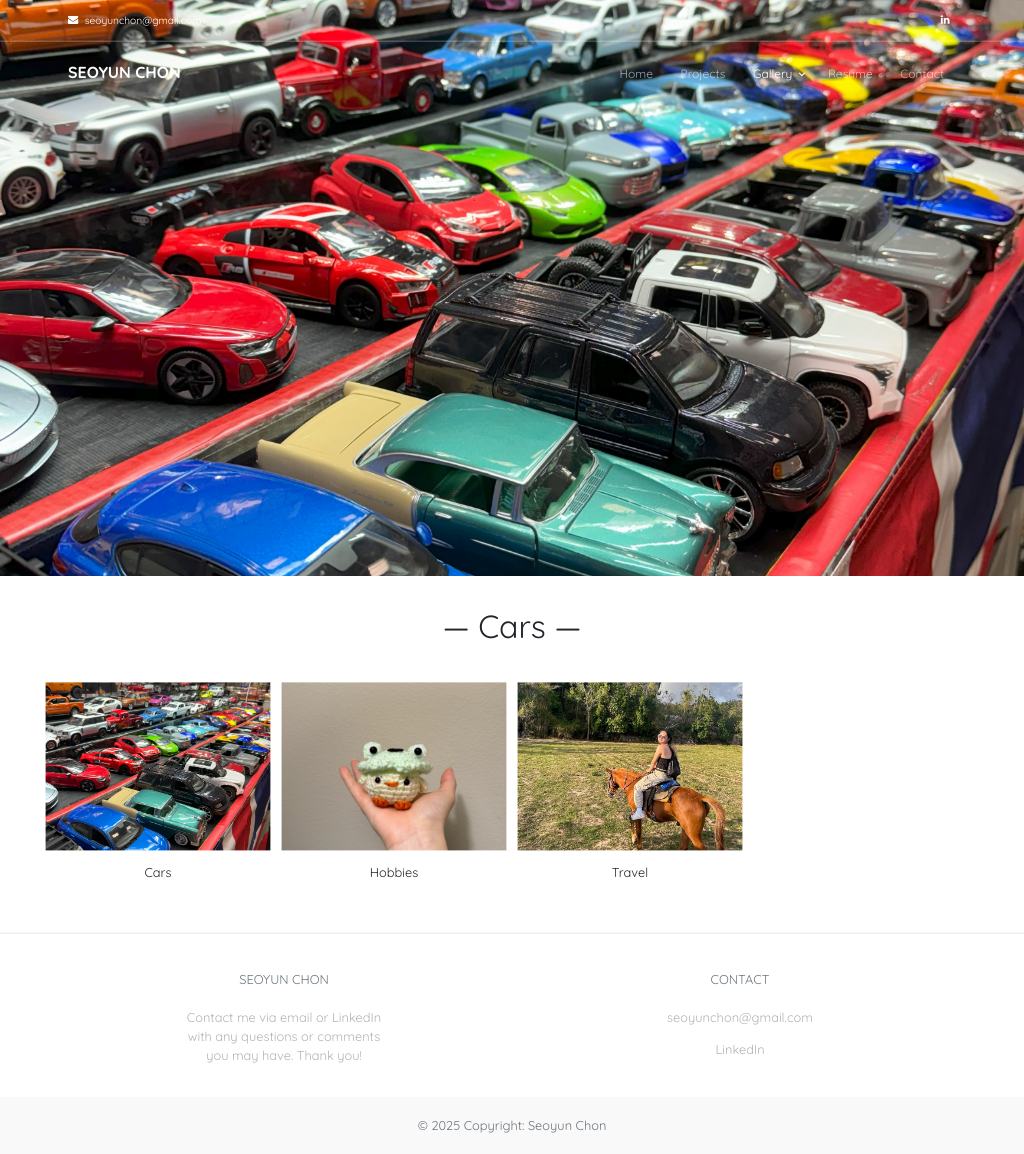
Repository: schon02/seoyun-chon-portfolio
Page: gallery_cars_page.html
These files come from the project's save history. The page is drawn as it stood at one moment and after the next save; the edit follows.
The browser window is 1280 px wide. The pictures show the whole page, at 80% of full size.

Above is the page before, as saved 2025-02-27 05:57:55.

### gallery_cars_page.html
<!DOCTYPE html>
<html>
    <head>
        <!-- <link href="style.css" rel="stylesheet" /> -->

        <!-- Required meta tags -->
        <meta charset="utf-8">
        <meta name="viewport" content="width=device-width, initial-scale=1, shrink-to-fit=no">

        <link href="https://fonts.googleapis.com/css?family=Quicksand:400,600,700&display=swap" rel="stylesheet">

        <link rel="stylesheet" href="fonts/icomoon/style.css">

        <link rel="stylesheet" href="css/owl.carousel.min.css">

        <!-- Bootstrap CSS -->
        <link rel="stylesheet" href="css/bootstrap.min.css">

        <!-- Style -->
        <link rel="stylesheet" href="css/style.css">

        <title>Home Page</title>

    </head>

    <body>
        <!-- <header>
            <nav>
                <ul>
                    <li><a class="active" href="index.html">Home</a></li>
                    <li><a href="services_page.html">Services</a></li>
                    <li><a href="contact_page.html">Contact</a></li>
                </ul>
            </nav>
        </header> -->

        <div class="site-mobile-menu site-navbar-target">
            <div class="site-mobile-menu-header">
              <div class="site-mobile-menu-close mt-3">
                <span class="icon-close2 js-menu-toggle"></span>
              </div>
            </div>
            <div class="site-mobile-menu-body"></div>
          </div> <!-- .site-mobile-menu -->

        <div class="site-navbar-wrap">
            <div class="site-navbar-top">
              <div class="container py-3">
                <div class="row align-items-center">
                  <div class="col-6">
                    <div class="d-flex mr-auto">
                      <a href="#" class="d-flex align-items-center mr-4">
                        <span class="icon-envelope mr-2"></span>
                        <span class="d-none d-md-inline-block">seoyunchon@gmail.com</span>
                      </a>
                      <!-- <a href="#" class="d-flex align-items-center mr-auto">
                        <span class="icon-phone mr-2"></span>
                        <span class="d-none d-md-inline-block">+1 234 4567 8910</span>
                      </a> -->
                    </div>
                  </div>
                  <div class="col-6 text-right">
                    <div class="mr-auto">
                      <!-- <a href="#" class="p-2 pl-0"><span class="icon-twitter"></span></a> -->
                      <!-- <a href="#" class="p-2 pl-0"><span class="icon-facebook"></span></a> -->
                      <a href="https://www.linkedin.com/in/seoyun-chon/" class="p-2 pl-0"><span class="icon-linkedin"></span></a>
                      <!-- <a href="#" class="p-2 pl-0"><span class="icon-instagram"></span></a> -->
                    </div>

                  </div>
                </div>
              </div>
            </div>

            <div class="site-navbar site-navbar-target js-sticky-header">
              <div class="container">
                <div class="row align-items-center">
                  <div class="col-2">
                    <h1 class="my-0 site-logo"><a href="index.html">Seoyun&nbsp;Chon</a></h1>
                  </div>
                  <div class="col-10">
                    <nav class="site-navigation text-right" role="navigation">
                      <div class="container">
                        <div class="d-inline-block d-lg-none ml-md-0 mr-auto py-3"><a href="#" class="site-menu-toggle js-menu-toggle text-white"><span class="icon-menu h3"></span></a></div>

                        <ul class="site-menu main-menu js-clone-nav d-none d-lg-block">
                          <li><a href="index.html" class="nav-link">Home</a></li>
                          <li><a href="projects_page.html" class="nav-link">Projects</a></li>
                          <li class="has-children">
                            <a class="active" href="gallery_page.html" class="nav-link">Gallery</a>
                            <ul class="dropdown arrow-top">
                              <li><a href="gallery_cars_page.html" class="nav-link">Cars</a></li>
                              <li><a href="gallery_hobbies_page.html" class="nav-link">Hobbies</a></li>
                              <li><a href="gallery_travel_page.html" class="nav-link">Travel</a></li>
                              <!-- <li class="has-children">
                                <a href="#">More Links</a>
                                <ul class="dropdown">
                                  <li><a href="#">Menu One</a></li>
                                  <li><a href="#">Menu Two</a></li>
                                  <li><a href="#">Menu Three</a></li>
                                </ul>
                              </li> -->
                            </ul>
                          </li>
                          <!-- <li><a href="#about-section" class="nav-link">About</a></li> -->
                          <li><a href="resume_page.html" class="nav-link">Resume</a></li>
                          <!-- <li><a href="#gallery-section" class="nav-link">Gallery</a></li> -->
                          <li><a href="contact_page.html" class="nav-link">Contact</a></li>
                        </ul>
                      </div>
                    </nav>
                  </div>
                </div>
              </div>
            </div>
          </div>


          <div class="hero" style="background-image: url('images/gallery_cars_cover_photo.jpg');"></div>


        <div class="text-center" style="padding-top: 1cm;">
          <h1>— Cars —</h1>
        </div>

<!-- -------------first row for products gallery----------------- -->

    <div style="padding-top: 1cm; margin: 0px 50px 0px 50px;">
      <div class="responsive">
        <div class="gallery">
          <a href="gallery_cars_page.html">
            <img src="images/gallery_cars_cover_photo.jpg" alt="Cars" width="600" height="400">
          </a>
          <div class="desc">Cars</div>
        </div>
      </div>


      <div class="responsive">
        <div class="gallery">
          <a href="#">
            <img src="images/gallery_hobbies_cover.jpg" alt="Hobbies" width="600" height="400">
          </a>
          <div class="desc">Hobbies</div>
        </div>
      </div>

      <div class="responsive">
        <div class="gallery">
          <a href="#">
            <img src="images/gallery_travel_cover.JPG" alt="Travel" width="600" height="400">
          </a>
          <div class="desc">Travel</div>
        </div>
      </div>

      <!-- <div class="responsive">
        <div class="gallery">
          <a target="_blank" href="images/amber-bottle.jpg">
            <img src="images/amber-bottle.jpg" alt="Mountains" width="600" height="400">
          </a>
          <div class="desc">Lavender Amber</div>
        </div>
      </div> -->

      <div class="clearfix"></div>
    </div>

<!-- -------------second row for products gallery----------------- -->

    <!-- <div style="padding-top: 1cm; margin: 0px 50px 0px 50px;">
        <div class="responsive">
          <div class="gallery">
            <a target="_blank" href="images/smokey-amber-bottle.jpg">
              <img src="images/smokey-amber-bottle.jpg" alt="Cinque Terre" width="600" height="400">
            </a>
            <div class="desc">Smokey Amber Musk</div>
          </div>
        </div>


        <div class="responsive">
          <div class="gallery">
            <a target="_blank" href="images/blue-ocean-bottle.jpg">
              <img src="images/blue-ocean-bottle.jpg" alt="Forest" width="600" height="400">
            </a>
            <div class="desc">Salty Sea</div>
          </div>
        </div>

        <div class="responsive">
          <div class="gallery">
            <a target="_blank" href="images/fresh-sheets-bottle.jpg">
              <img src="images/fresh-sheets-bottle.jpg" alt="Northern Lights" width="600" height="400">
            </a>
            <div class="desc">Fresh Sheets</div>
          </div>
        </div>

        <div class="responsive">
          <div class="gallery">
            <a target="_blank" href="images/lavender-bottle.jpg">
              <img src="images/lavender-bottle.jpg" alt="Mountains" width="600" height="400">
            </a>
            <div class="desc">Lavender Love</div>
          </div>
        </div>

        <div class="clearfix"></div>
      </div> -->

        <script src="js/jquery-3.3.1.min.js"></script>
        <script src="js/popper.min.js"></script>
        <script src="js/bootstrap.min.js"></script>
        <script src="js/jquery.sticky.js"></script>
        <script src="js/main.js"></script>

    </body>

<!-- Footer -->
<footer class="text-center text-lg-start bg-white text-muted">

  <section class="d-flex justify-content-center justify-content-lg-between p-4 border-bottom">
  </section>

  <!-- Section: Links  -->
  <section class="">
    <div class="container text-center text-md-start mt-5">
      <!-- Grid row -->
      <div class="row mt-3">
        <!-- Grid column -->
        <div class="col-md-3 col-lg-4 col-xl-3 mx-auto mb-4">
          <!-- Content -->
          <h6 class="text-uppercase fw-bold mb-4">
            <i class="fas fa-gem me-3 text-secondary"></i>Seoyun Chon
          </h6>
          <p>
            Contact me via email or LinkedIn with any questions or comments you may have. Thank you!
          </p>
        </div>
        <!-- Grid column -->

        <!-- Grid column -->
        <div class="col-md-4 col-lg-3 col-xl-3 mx-auto mb-md-0 mb-4">
          <!-- Links -->
          <h6 class="text-uppercase fw-bold mb-4">Contact</h6>
          <p><i class="fas fa-home me-3 text-secondary"></i> seoyunchon@gmail.com</p>
          <p>
            <i class="fas fa-envelope me-3 text-secondary"></i>
            <a href="https://www.linkedin.com/in/seoyun-chon/" class="text-reset"> LinkedIn </a>
          </p>
        </div>
        <!-- Grid column -->
      </div>
      <!-- Grid row -->
    </div>
  </section>
  <!-- Section: Links  -->

  <!-- Copyright -->
  <div class="text-center p-4" style="background-color: rgba(0, 0, 0, 0.025);">
    © 2025 Copyright:
    <a class="text-reset fw-bold" href="https://mdbootstrap.com/">Seoyun Chon</a>
  </div>
  <!-- Copyright -->
</footer>
<!-- Footer -->


</html>

Loaded but not shown: fonts/icomoon/style.css (common file); css/owl.carousel.min.css (library); css/bootstrap.min.css (library); js/jquery-3.3.1.min.js (library); js/popper.min.js (library); js/bootstrap.min.js (library); js/jquery.sticky.js (library); js/main.js (87 lines, source omitted); css/style.css (448 lines, source omitted)

After the next save:
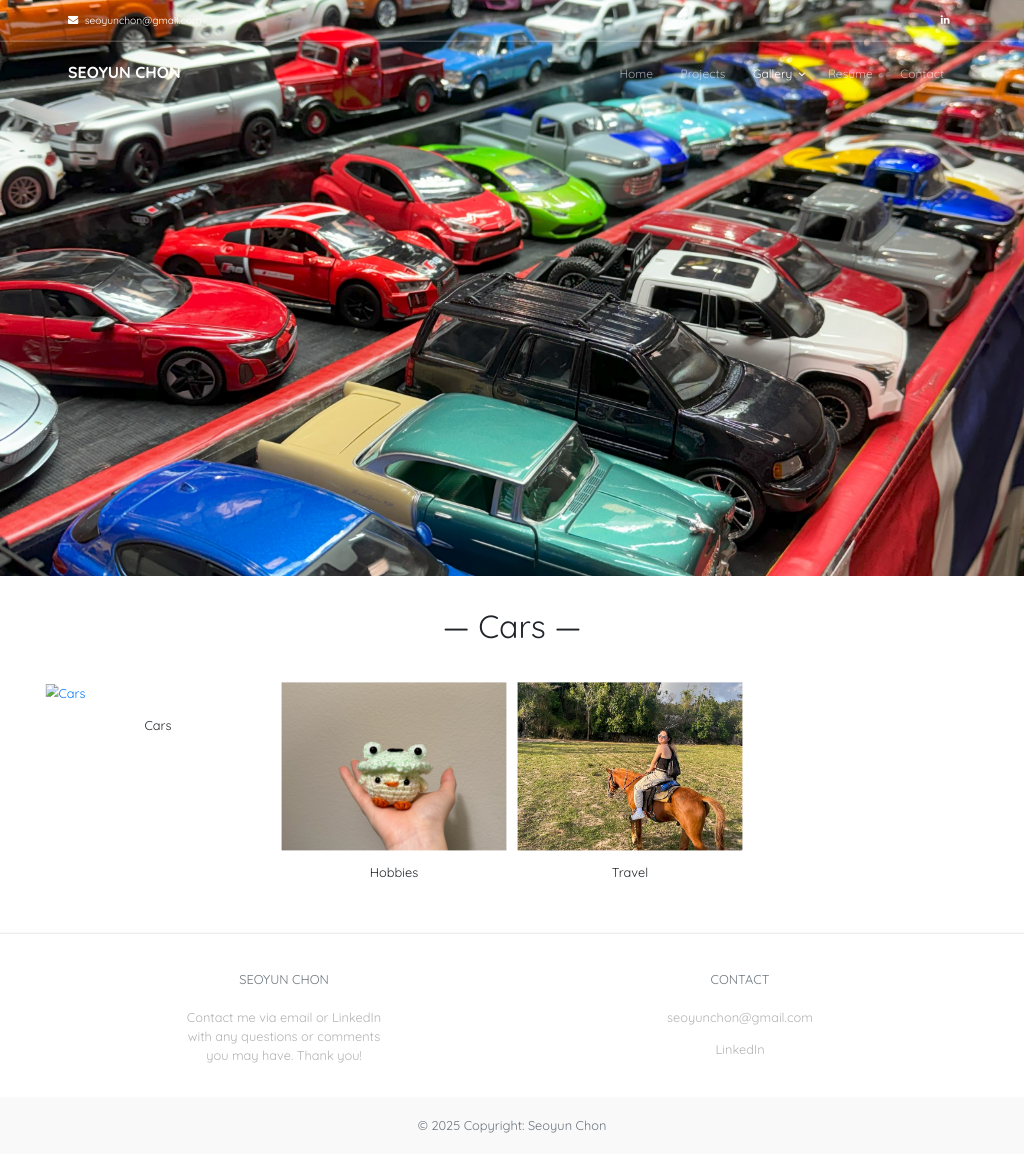
Not found: images/car_gallery_photos/IMG_0027.HEIC
Saved 13 min 1 s later.
--- a/gallery_cars_page.html
+++ b/gallery_cars_page.html
@@ -128,8 +128,8 @@
     <div style="padding-top: 1cm; margin: 0px 50px 0px 50px;">
       <div class="responsive">
         <div class="gallery">
-          <a href="gallery_cars_page.html">
-            <img src="images/gallery_cars_cover_photo.jpg" alt="Cars" width="600" height="400">
+          <a href="#">
+            <img src="images/car_gallery_photos/IMG_0027.HEIC" alt="Cars" width="600" height="400">
           </a>
           <div class="desc">Cars</div>
         </div>
